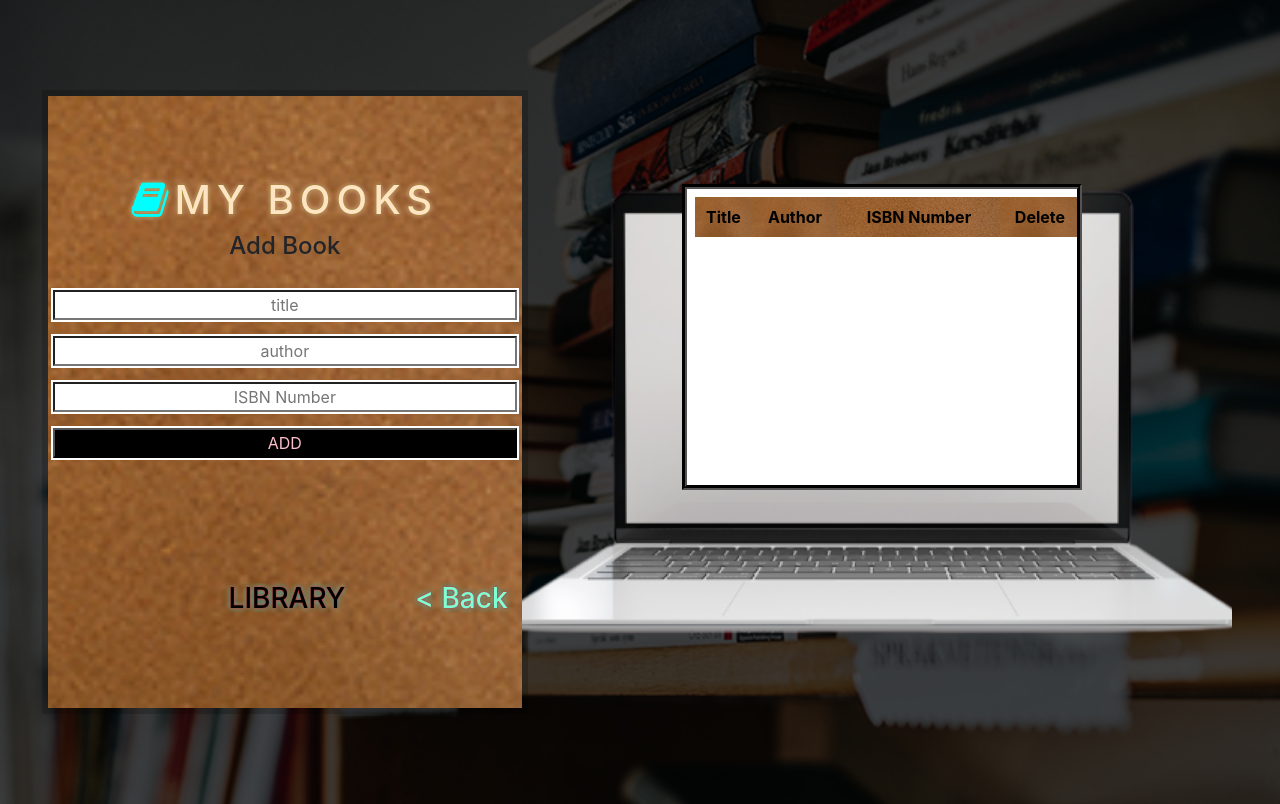
Repository: CSituma/Home-Library-App
Page: libu.html
The author's editor kept a copy of each file at every save. The page is drawn from the files as they stood at one save, then again after the next save.
The browser window is 1280 px wide. The pictures show the whole page.
Backgrounds fixed to the window are drawn as part of the page. Some web libraries are served in a nearby version.

Above is the page before, as saved 2020-11-10 21:34:28.

After the next save:
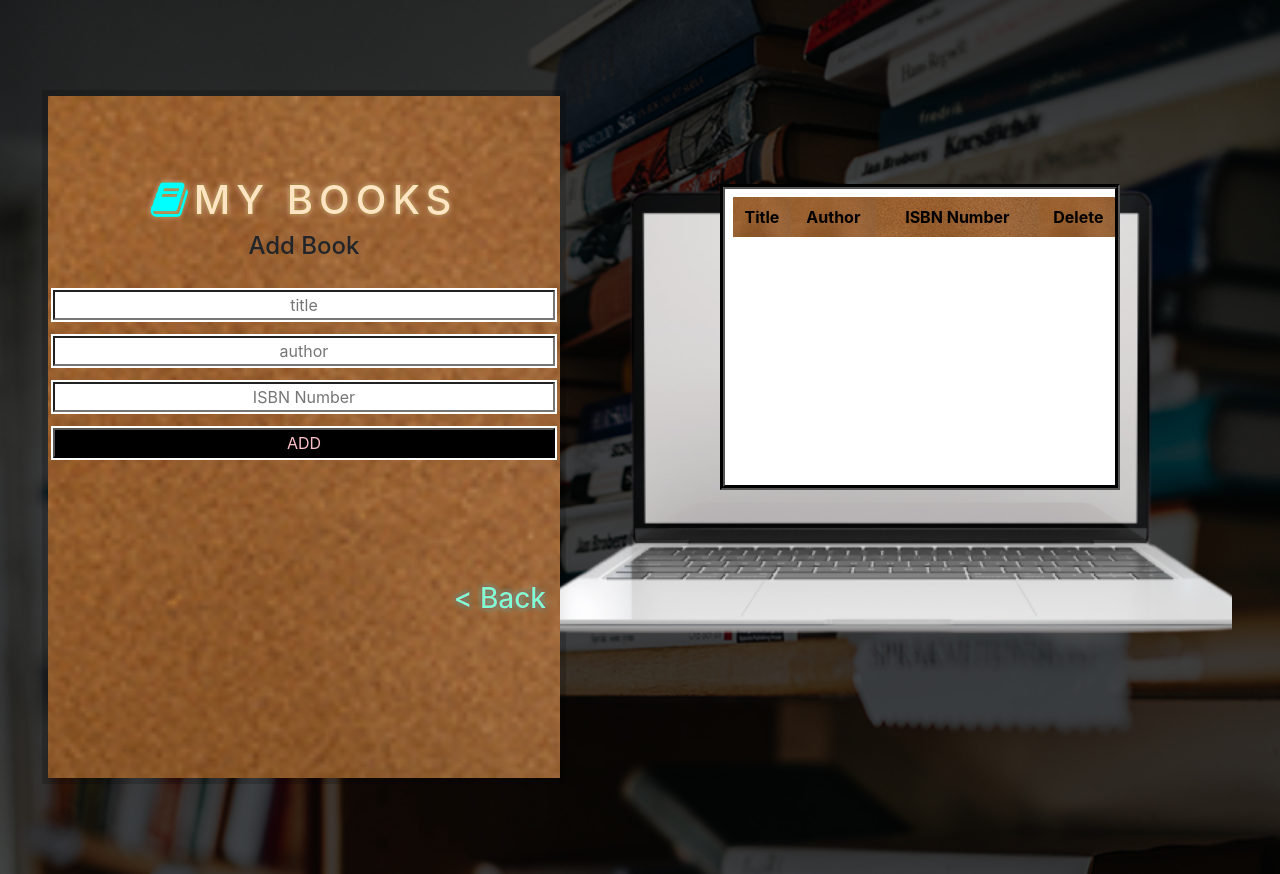
Saved 5 s later.
--- a/style.css
+++ b/style.css
@@ -174,7 +174,7 @@
 #libur a{
  float: left;
  margin-left: 0;
- margin-right: 2em;
+ margin-right: 20em;
   color:black;
 }
 @media screen and (max-width:1000px) {

After the save that followed:
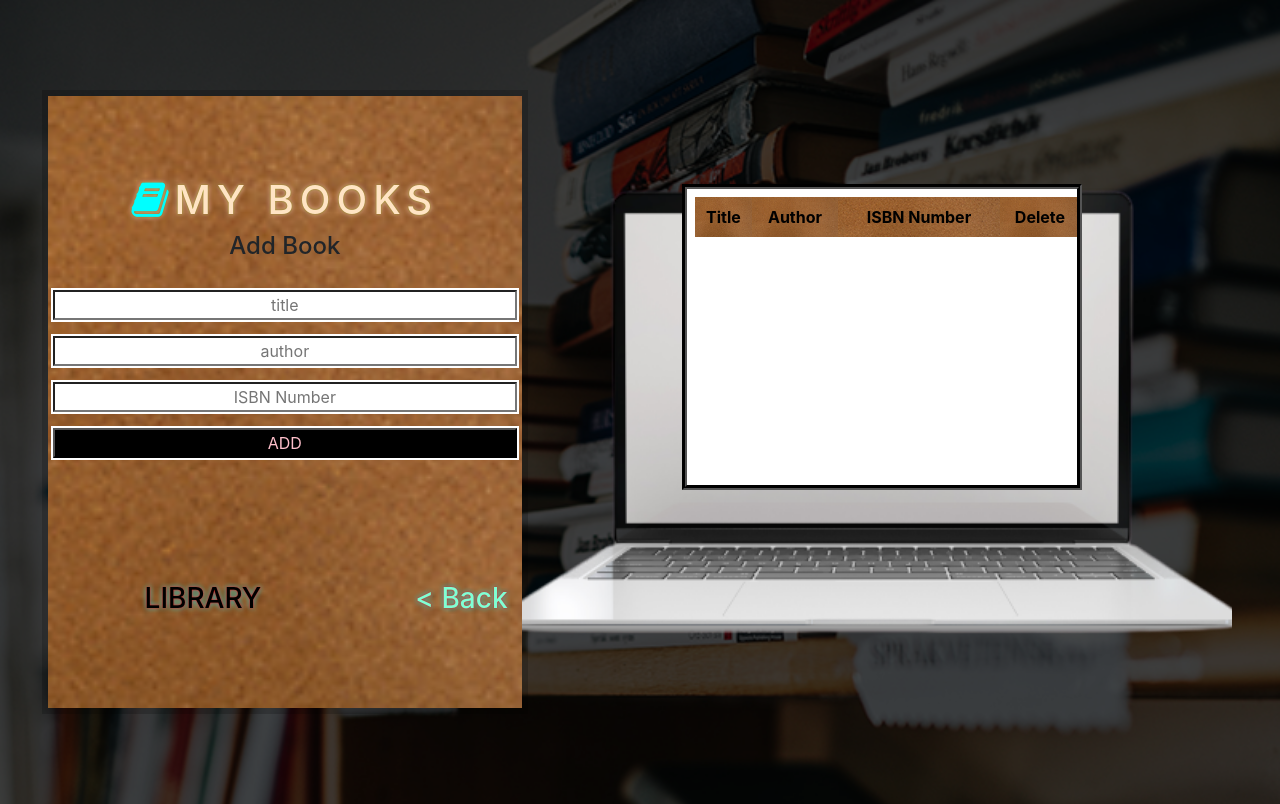
Saved 9 s later.
--- a/style.css
+++ b/style.css
@@ -174,7 +174,7 @@
 #libur a{
  float: left;
  margin-left: 0;
- margin-right: 20em;
+ margin-right:5em;
   color:black;
 }
 @media screen and (max-width:1000px) {
